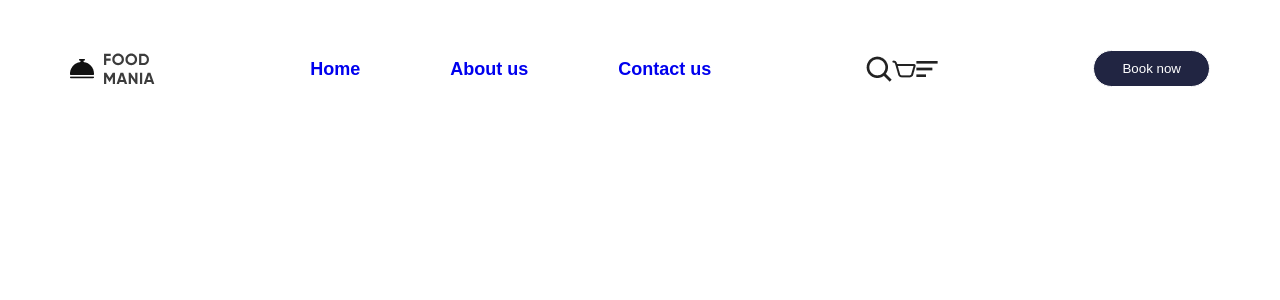
Repository: hoang0508/Figmafood
Page: index.html
An editor plug-in stored every save of this project. The page is shown before and after the next save, followed by the edit.
The browser window is 1280 px wide. The pictures show the whole page.
The style sheet was rebuilt from its Sass, Less or Tailwind sources for each picture, by a compiler version that may differ from the author's.

Above is the page before, as saved 2021-11-08 08:57:44.

After the next save:
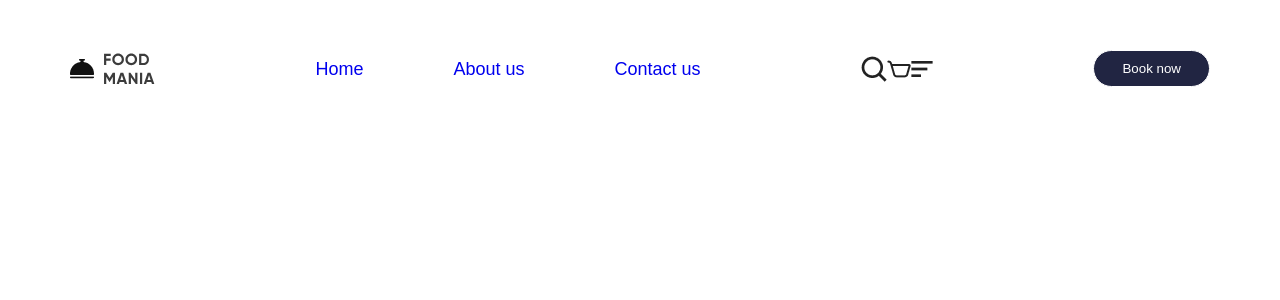
Saved 11 s later.
--- a/sass/_header.scss
+++ b/sass/_header.scss
@@ -7,6 +7,6 @@
     gap: 0 90px;
     font-size: 18px;
     color: #0000;
-    font-weight: 600;
+    font-weight: 500;
   }
 }
